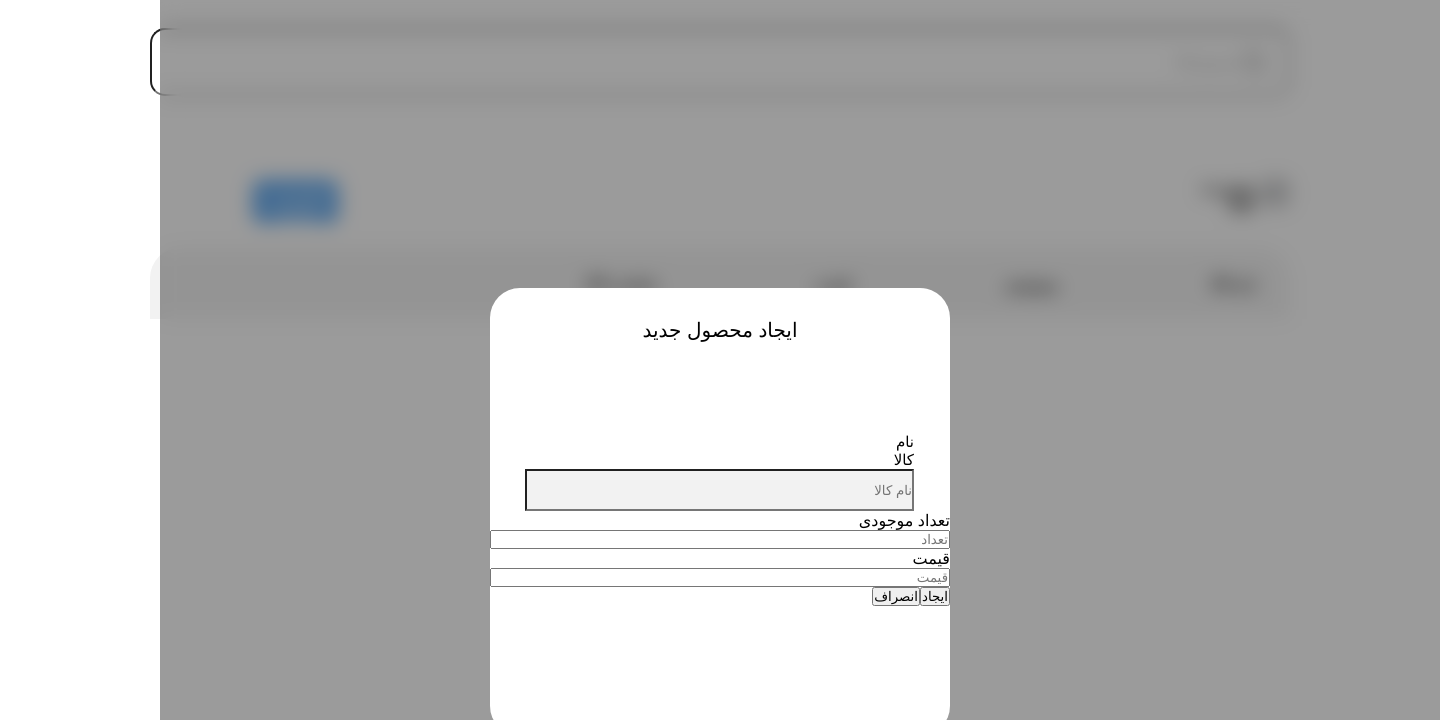
Repository: sobhan-rahimii/project-panel-admin-Next.Js
Page: /dashboard, after clicking the first element matching `button.Dashboard_7644c_addproduct`
An editor plug-in stored every save of this project. The page is shown before and after the next save, followed by the edit.
The browser window is 1280 px wide. The page is 1440 px wide, so the pictures cover 1440 px, including what lies to the right of the window. The pictures show the whole page.
The page's requests for data from a server got no answer. The project was rebuilt for these pictures with package versions that can differ from the ones it lists, and the page was loaded fresh each time. The framework's server and built-in components were replaced by stand-ins that run in the browser. No one was signed in, and anything a server would have sent is missing. Also part of the build but not shown: next.config.mjs.

Above is the page before, as saved 2025-09-01 15:41:20.

### pages/_app.js
import "@/styles/globals.css";
import { QueryClient, QueryClientProvider, useQueryClient } from "@tanstack/react-query";

export default function App({ Component, pageProps }) {
  const queryclient =  new QueryClient()

  return (
    <QueryClientProvider client={queryclient} >
      <Component {...pageProps} />
    </QueryClientProvider>
  );
}

### pages/_document.js
import { Html, Head, Main, NextScript } from "next/document";

export default function Document() {
  return (
    <Html lang="fa" dir="rtl">
      <Head />
      <body>
        <Main />
        <NextScript />
      </body>
    </Html>
  );
}

### pages/dashboard.js
import { useRouter } from "next/router";
import React, { useState } from "react";
import { useQuery } from "@tanstack/react-query";
import api from "@/services/axios";
import {
  useAddProducts,
  useFetchProducts,
  useSearchProducts,
} from "@/hooks/queries";
import Image from "next/image";
import styles from "../styles/Dashboard.module.css";
import AddProductModal from "@/components/AddProductModal";

function Dashboard() {
  const [search, setSearch] = useState("");
  const [isOpenModal, setIsOpenModal] = useState(false);
  const [form, setForm] = useState({
    name: "",
    price: "",
    quantity: "",
  });

  const { data: products, isLoading: loading } = useSearchProducts(search);
  console.log({ products });

  const { data, isLoading } = useFetchProducts();
  console.log({ data, isLoading });

  const { mutate } = useAddProducts();
  const submitHandler = async (event) => {
    event.preventDefault();

    mutate({
      name: form.name,
      price: form.price,
      quantity: form.quantity,
    });
    setIsOpenModal(false)
  };

  return (
    <>
      <div>
        <input
          placeholder="جستجو کالا"
          className={styles.search}
          type="text"
          value={search}
          onChange={(e) => setSearch(e.target.value)}
        />
        <Image
          className={styles.icon_search}
          src="/search-normal (1).png"
          width={24}
          height={24}
        />
      </div>
      <div className={styles.flex}>
        <Image
          className={styles.icon}
          src="/setting-3.png"
          width={30}
          height={30}
        />
        <h3 className={styles.title}>مدیرت کالا</h3>
        <button
          onClick={() => setIsOpenModal(true)}
          className={styles.addproduct}
        >
          افزودن محصول
        </button>
      </div>
      <div className={styles.createTable}>
        <table className={styles.trr}>
          <tbody>
            <tr>
              <th className={styles.th1}>نام کالا</th>
              <th className={styles.th2}>موجودی</th>
              <th className={styles.th3}>قیمت</th>
              <th className={styles.th4}>شناسه کالا</th>
              <th></th>
            </tr>
          </tbody>
          {(search ? products?.data : data?.data)?.map((p) => (
            <tr className={styles.tr2}>
              <td className={styles.td1}>{p.name}</td>
              <td className={styles.td2}>{p.quantity}</td>
              <td className={styles.td3}>{p.price}</td>
              <td className={styles.td4}>{p.id}</td>
              <div className={styles.flex1}>
                <td>
                  <button className={styles.btnedit}>
                    <Image
                      className={styles.edit}
                      src="/edit.png"
                      width={20}
                      height={20}
                    />
                    <button className={styles.btndel}>
                      <Image src="/trash.png" width={20} height={20} />
                    </button>
                  </button>
                </td>
              </div>
            </tr>
          ))}
        </table>
        <AddProductModal
          isOpenModal={isOpenModal}
          setIsOpenModal={setIsOpenModal}
          form={form}
          setForm={setForm}
          submitHandler={submitHandler}
        />
      </div>
    </>
  );
}

export default Dashboard;

### services/axios.js
import axios from "axios";
import setCookie from "@/utils/cooki";
import {
  parseCookie,
  parseSetCookie,
} from "next/dist/compiled/@edge-runtime/cookies";
import { getCookie } from "./cookie";

const api = axios.create({
  baseURL: process.env.NEXT_PUBLIC_API_BASE_URL,
  headers: {
    "Content-Type": "application/json",
  },
});


api.interceptors.request.use((request)=>{
    const token = getCookie("token")
    if(token){
        request.headers["Authorization"] = `Bearer ${token}`
    }
    return request
},
(error)=>{
    return Promise.reject(error)
})

export default api;

### hooks/queries.js
import api from "@/services/axios";
import { useMutation, useQuery } from "@tanstack/react-query";

const useFetchProducts = () => {
  const fetchProducts = async () => {
    const res = await api.get("products");
    return res.data;
  };
  return useQuery(["products"], fetchProducts, { refetchInterval: 1 * 1000 });
};

const useAddProducts = () => {
  const addProduct = async (newProduct) => {
    const res = await api.post("products", newProduct);
    return res.data;
  };
  return useMutation(addProduct);
};

const useSearchProducts = (name)=>{
    const fetchSearchProducts = async()=>{
        const res = await api.get(`products?name=${name}`)
        return res.data
    }
    return useQuery(["products",name],fetchSearchProducts)

}

export {useFetchProducts,useAddProducts,useSearchProducts}

### styles/Dashboard.module.css
.search {
  width: 1140px;
  height: 68px;
  border-radius: 15px;
  margin-right: 150px;
  margin-left: 150px;
  margin-top: 28px;
  margin-bottom: 41px;
}
.icon_search {
  position: absolute;
  /* left: 1092px; */
  /* right: 22px; */
  right: 174px;
  top: 50px;
  /* padding-top: 22px; */
  /* padding-right: 22px; */
  /* padding-bottom: 22px; */
  /* padding-left: 1092px; */
}
.search::placeholder {
  width: 70px;
  padding-right: 50px;
}
.flex {
  display: flex;
}
.icon {
  margin-right: 150px;
  margin-top: 41px;
  /* margin-left: 6px;/ */
}
.title {
  margin-top: 41px;
  margin-right: 6px;
  margin-left: 862px;
  /* margin-bottom: 24.36px; */
  line-height: 100%;
}
.addproduct {
  margin-left: 150px;
  margin-top: 42px;
  width: 132px;
  height: 45px;
  cursor: pointer;
  background-color: rgba(85, 163, 240, 1);
  color: rgba(255, 255, 255, 1);
  font-weight: 400;
  font-size: 16px;
  text-align: right;
  border: none;
  border-radius: 10px;
  padding-right: 17px;
  padding-left: 17px;
  padding-bottom: 10px;
  padding-top: 10px;
}

.trr {
  width: 1140px;
  height: 70px;
  background-color: rgba(242, 242, 242, 1);
  margin-right: 150px;
  border-top-left-radius: 30px;
  border-top-right-radius: 30px;
  margin-top: 24px;
  margin-left: 150px;
}
.th1 {
  width: 46px;
  padding-right: 32px;
  white-space: nowrap;
  padding-top: 25px;
  padding-bottom: 23px;

}
.th2 {
  padding-right: 150px;
  width: 57px;
  padding-top: 25px;
  padding-bottom: 23px;

}
.th3 {
  padding-right: 150px;
  padding-top: 25px;
  padding-bottom: 23px;

}
.th4 {
  padding-right: 150px;
  padding-left: 428px;
  padding-top: 25px;
  padding-bottom: 23px;

}
.tr2{
    width: 1140px;
    background-color: rgba(255, 255, 255, 1);

}
.td1{
    font-size: 12px;
    font-weight: 400;
    text-align: right;
    white-space: nowrap ;
    padding-right: 52px;
    padding-top:16 ;
    padding-left: 52px;

}
.td2{
    padding-right: 104px;
    padding-top: 18px;
    padding-bottom: 15px;


}
.td3{
    padding-right: 185px;
    white-space: nowrap;
}
.td4{
    padding-right: 122px;

}

.btnedit{
    margin-left:73px ;
  background: none;
  background-color: none;
  border: none;
  padding-top: 18px;
  /* border:  1px solid rgba(74, 222, 128, 1); */
  cursor: pointer;
  /* color: rgba(74, 222, 128, 1); */
  display: flex;
}
.btndel{
 background: none;
 border: none;
 padding-right: 14px;
 cursor: pointer;
}

### components/AddProductModal.js
import { useAddProducts } from "@/hooks/queries";
import React, { useState } from "react";
import styles from "../styles/AddProductModal.module.css"

function AddProductModal({isOpenModal,setIsOpenModal,form,setForm,submitHandler}) {

    if(!isOpenModal) return



  return (
    <>
      <div className={styles.back}>
        <form className={styles.form} onSubmit={submitHandler}>
          <p className={styles.title}>ایجاد محصول جدید</p>
          <label className={styles.label1}>نام کالا</label>
          <input className={styles.input1}  placeholder="نام کالا" />
          <label className={styles.label2}>تعداد موجودی</label>
          <input className={styles.input2} placeholder="تعداد" />
          <label className={styles.lable3}>قیمت</label>
          <input className={styles.input3} placeholder="قیمت" />
          <div>
            <button type="submit">ایجاد</button>
            <button onClick={()=>setIsOpenModal(false)}>انصراف</button>
          </div>
        </form>
      </div>
    </>
  );
}

export default AddProductModal;

### services/cookie.js
const  getCookie = (cookieName)=>{
    return document.cookie
    .split(";")
    .find((token)=>token.trim().split("=")[0]=== cookieName)
    ?.split("=")[1]
}

export{getCookie}

### styles/AddProductModal.module.css
.form{
    position: fixed;
    width: 460px;
    height: 448px;
    background-color: rgba(255, 255, 255, 1);
    display: flex;
    flex-direction: column;
    border-radius: 30px;
    /* align-items: center; */
    /* justify-content: center; */

     top: 288px;
    right: 490px;
    left: 490px;
     bottom: 288px;
}
.back{
    position: fixed;
    top: 0;
    left: 0;
    width: 100%;
    height: 100%;
    background-color: rgba(51, 51, 51, 0.49);
    backdrop-filter: blur(10px);
}
.title{
    text-align: center;
    margin-top: 30px;
    margin-right: 152px;
    margin-left: 152px;
    width: 156px;
    font-weight: 500;
    font-size: 20px;
}
.label1{
    width: 39px;
    margin-right: 36px;
    margin-top: 91px;
    margin-left: 385px;
    font-weight: 500;
    font-size: 15px;
    text-align: right;
}
.input1{
    width: 389px;
    height: 42px;
    background-color: rgba(242, 242, 242, 1);
    margin-right: 36px;

}

Loaded but not shown: styles/globals.css (common file); utils/cooki.js (empty)

After the next save:
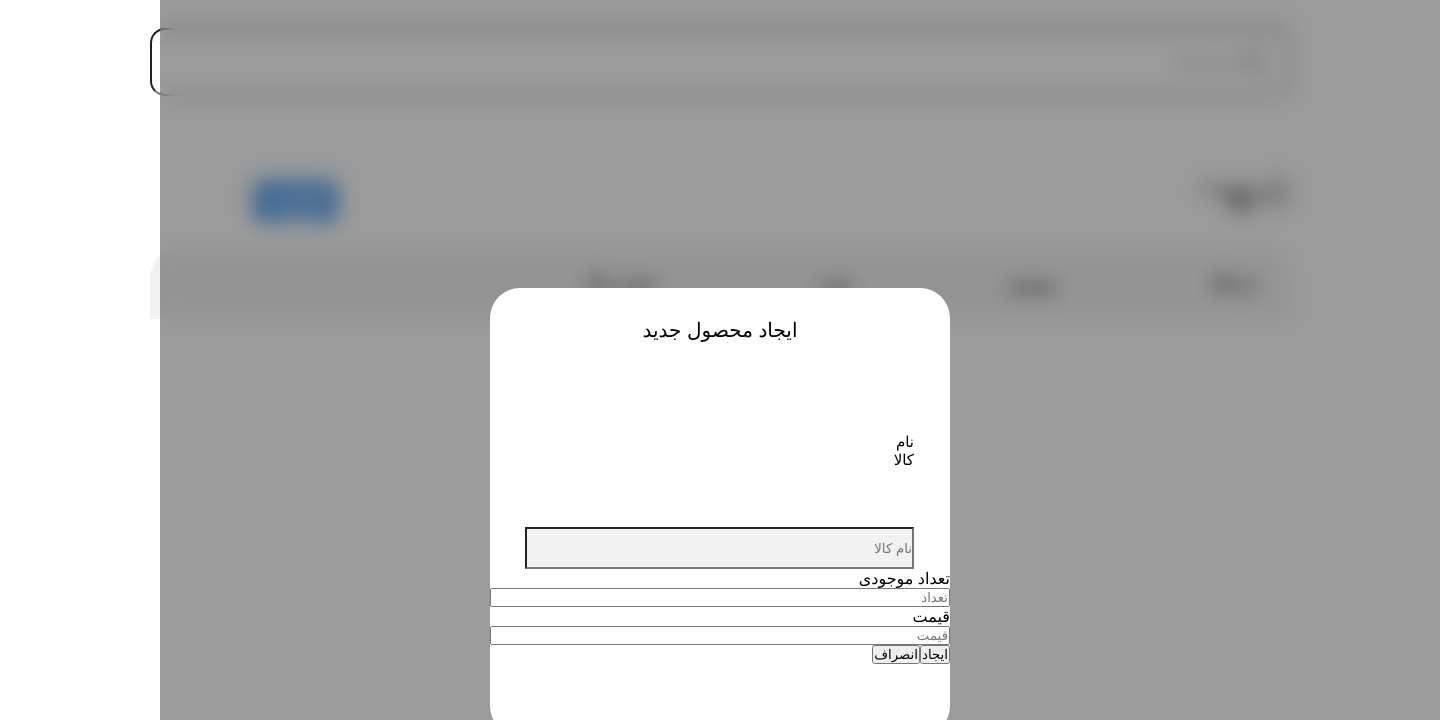
Saved 8 s later.
--- a/styles/AddProductModal.module.css
+++ b/styles/AddProductModal.module.css
@@ -46,5 +46,6 @@
     height: 42px;
     background-color: rgba(242, 242, 242, 1);
     margin-right: 36px;
+    margin-top: 58px;
 
 }
